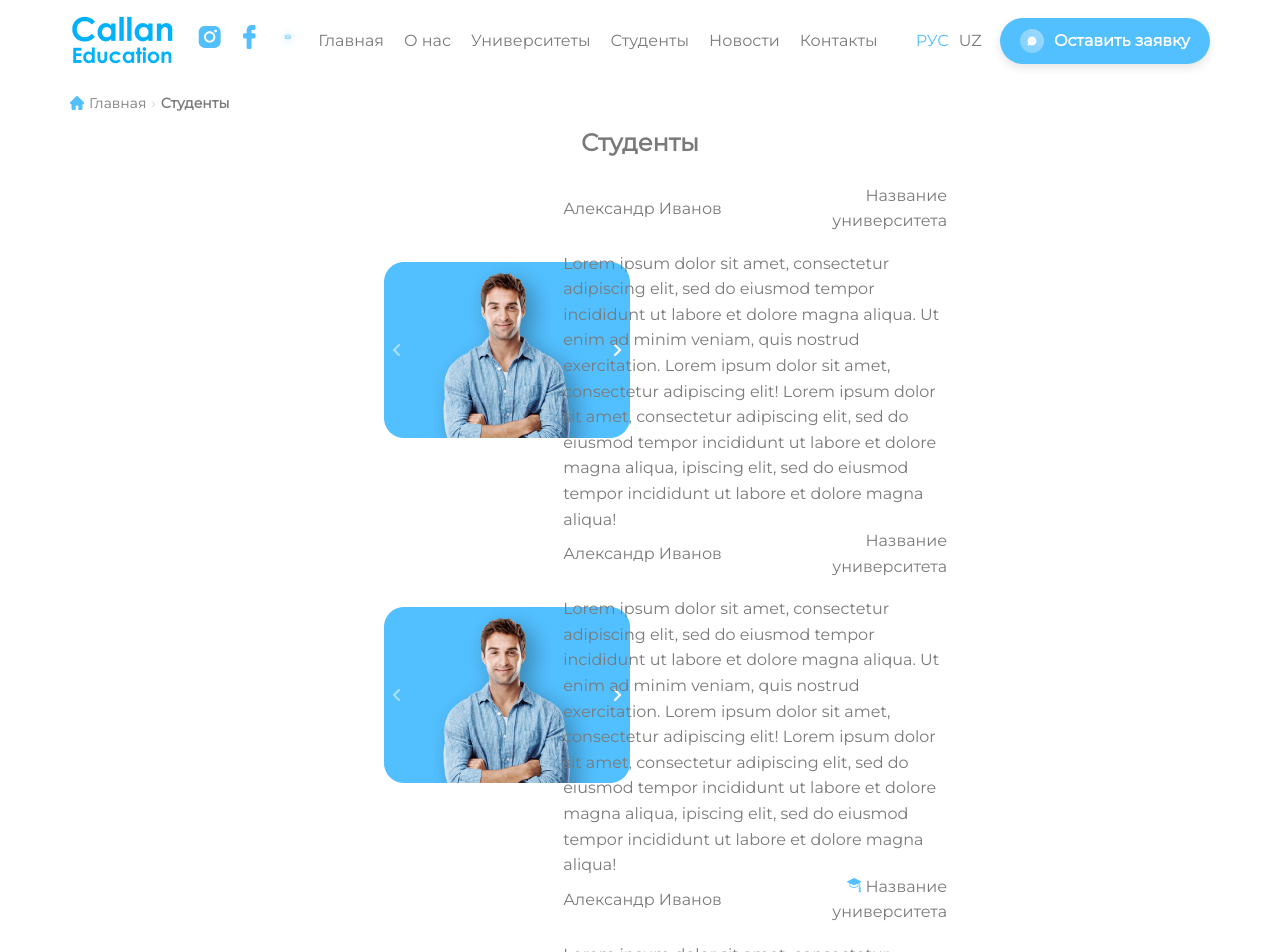
Repository: olyakorzh/Team-project-1
Page: assets/pages/students.html
These files come from the project's save history. The page is drawn as it stood at one moment and after the next save; the edit follows.
The browser window is 1280 px wide. The pictures show the part of the page from y = 0 to 952 px (the page is 2667 px tall before and 2949 px after).
A picture or video elsewhere on the page could not be fetched, so the positions and the page height are approximate.

Above is the page before, as saved 2024-12-08 11:42:26.

### assets/pages/students.html
<!DOCTYPE html>
<html lang="ru">
<head>
    <meta charset="UTF-8">
    <meta name="viewport" content="width=device-width, initial-scale=1.0">
    <title>Студенты</title>
    <link rel="stylesheet" href="/assets/styles/students.css" />
</head>
<body>
  <header class="header">
    <div class="header__container">
      <div class="header__logo">
        <img src="../img/main.img/Logo.png" alt="Callan Education" />
      </div>
      <nav class="header__media">
        <ul class="header__media-list">
          <li class="header__media-item">
            <a href="#" class="header__media-link">
              <img
                src="../img/aboutus.img/header_instagramm.svg"
                alt="Instagram"
                class="header__media-icon"
              />
            </a>
          </li>
          <li class="header__media-item">
            <a href="#" class="header__media-link">
              <img
                src="../img/aboutus.img/header_facebook.svg"
                alt="Facebook"
                class="header__media-icon"
              />
            </a>
          </li>
          <li class="header__media-item">
            <a href="#" class="header__media-link">
              <img
                src="../img/aboutus.img/header_youtube.svg"
                alt="YouTube"
                class="header__media-icon"
              />
            </a>
          </li>
        </ul>
      </nav>
      <nav class="header__nav">
        <ul class="menu">
          <li class="menu__item">
            <a href="main.html" class="menu__link">Главная</a>
          </li>
          <li class="menu__item">
            <a href="aboutus.html" class="menu__link">О нас</a>
          </li>
          <li class="menu__item">
            <a href="uni.html" class="menu__link">Университеты</a>
          </li>
          <li class="menu__item">
            <a href="students.html" class="menu__link">Студенты</a>
          </li>
          <li class="menu__item">
            <a href="news.html" class="menu__link">Новости</a>
          </li>
          <li class="menu__item">
            <a href="cont.html" class="menu__link">Контакты</a>
          </li>
        </ul>
      </nav>
      <div class="header__language">
        <ul class="header__language-list">
          <li class="header__language-item header__language-item--active">
            РУС
          </li>
          <li class="header__language-item">UZ</li>
        </ul>
      </div>

      <div class="header__actions">
        <a href="#" class="header__button">
          <span class="header__button-icon">
            <img
              src="../img/aboutus.img/header_message.svg"
              alt="Chat Icon"
            />
          </span>
          Оставить заявку
        </a>
      </div>
    </div>
  </header>
      <main>
        <section class="navigation-path">
          <div class="navigation-path__container">
            <a href="./main.html" class="navigation-path__link">
              <img
                src="../img/aboutus.img/bread_home.svg"
                alt="Home"
                class="navigation-path__icon"
              />
              Главная
            </a>
            <span class="navigation-path__separator">›</span>
            <span class="navigation-path__current">Студенты</span>
          </div>
        </section>
          <h2>Студенты</h2>
          <div class="basic">
          <div class="containerstudent">
          <div class="block_foto"><img src="../img/students.img/photo.png" alt="Фото студента"></div>
          <div class="block1">Александр Иванов</div>
          <div class="block2">Название университета</div>
          <div class="block3">Lorem ipsum dolor sit amet, consectetur adipiscing elit, sed do eiusmod tempor incididunt ut labore et dolore magna aliqua. Ut enim ad minim veniam, quis nostrud exercitation. Lorem ipsum dolor sit amet, consectetur adipiscing elit! Lorem ipsum dolor sit amet, consectetur adipiscing elit, sed do eiusmod tempor incididunt ut labore et dolore magna aliqua, ipiscing elit, sed do eiusmod tempor incididunt ut labore et dolore magna aliqua!</div>
         </div>
        </div>
        <div class="basic">
          <div class="containerstudent"><div class="block_foto"><img src="../img/students.img/photo.png" alt="Фото студента"></div>
          <div class="block1">Александр Иванов</div>
          <div class="block2">Название университета</div>
          <div class="block3">Lorem ipsum dolor sit amet, consectetur adipiscing elit, sed do eiusmod tempor incididunt ut labore et dolore magna aliqua. Ut enim ad minim veniam, quis nostrud exercitation. Lorem ipsum dolor sit amet, consectetur adipiscing elit! Lorem ipsum dolor sit amet, consectetur adipiscing elit, sed do eiusmod tempor incididunt ut labore et dolore magna aliqua, ipiscing elit, sed do eiusmod tempor incididunt ut labore et dolore magna aliqua!</div>
         </div>
        </div>
        <div class="basic">
          <div class="containerstudent"><div class="block_foto"><img src="../img/students.img/photo.png" alt="Фото студента"></div>
          <div class="block1">Александр Иванов</div>
          <div class="block2"><img src="../img/students.img/uni.png" alt="Шапка студента"> Название университета</div>
          <div class="block3">Lorem ipsum dolor sit amet, consectetur adipiscing elit, sed do eiusmod tempor incididunt ut labore et dolore magna aliqua. Ut enim ad minim veniam, quis nostrud exercitation. Lorem ipsum dolor sit amet, consectetur adipiscing elit! Lorem ipsum dolor sit amet, consectetur adipiscing elit, sed do eiusmod tempor incididunt ut labore et dolore magna aliqua, ipiscing elit, sed do eiusmod tempor incididunt ut labore et dolore magna aliqua!</div>
         </div>
        </div>

        <section class="contact">
          <div class="contact__container">
            <div class="contact__left">
              <img
                src="../img/aboutus.img/contact_girl.svg"
                alt="Девушка"
                class="contact__woman"
              />
              <img
                src="../img/aboutus.img/contact_flag.svg"
                alt="Флаг"
                class="contact__flag"
              />
            </div>
            <div class="contact__right">
              <h2 class="contact__title">Свяжитесь с нами</h2>
              <p class="contact__subtitle">
                Оставьте свои данные и наш специалист обязательно свяжется с Вами в
                течение дня
              </p>

              <form class="contact__form">
                <div class="contact__field">
                  <input
                    type="text"
                    class="contact__input"
                    placeholder="Ваше имя"
                  />
                  <img
                    src="../img/aboutus.img/contact_edit_people.svg"
                    alt="Иконка пользователя"
                    class="contact__icon"
                  />
                </div>
                <div class="contact__field">
                  <input
                    type="tel"
                    class="contact__input"
                    placeholder="Номер телефона"
                  />
                  <img
                    src="../img/aboutus.img/contact_edit_phone.svg"
                    alt="Иконка телефона"
                    class="contact__icon"
                  />
                </div>
                <div class="contact__field">
                  <textarea
                    class="contact__textarea"
                    placeholder="Дополнительные комментарии"
                  ></textarea>
                  <img
                    src="../img/aboutus.img/contact_edit_message.svg"
                    alt="Иконка комментария"
                    class="contact__icon"
                  />
                </div>
                <button class="contact__button">
                  <img
                    src="../img/aboutus.img/contact_telegramm_icon.svg"
                    alt="Иконка отправления"
                  />
                  Отправить
                </button>
              </form>
            </div>
            <img
              src="../img/service.img/pencil.png"
              alt="Карандаш"
              class="contact__pencil"
            />
          </div>
        </section>

        <section class="questions">
          <div class="questions__container">
            <!-- Заголовки -->
            <div class="questions__header">
              <h2 class="questions__title">Остались вопросы?</h2>
              <p class="questions__subtitle">
                Свяжитесь с нами и мы ответим на все ваши вопросы
              </p>
            </div>

            <div class="questions__content">
              <!-- Форма -->
              <div class="questions__form">
                <ul class="questions__info">
                  <li class="questions__item">
                    <img
                      src="../img/service.img/call.png"
                      alt="Иконка"
                      class="questions__icon"
                    />
                    <div class="questions__text">
                      <strong>Телефоны</strong>
                      <p>+998 (99) 878-63-99<br />+998 (99) 878-63-99</p>
                    </div>
                  </li>
                  <li class="questions__item">
                    <img
                      src="../img/service.img/location.png"
                      alt="Иконка"
                      class="questions__icon"
                    />
                    <div class="questions__text">
                      <strong>Адрес</strong>
                      <p>г. Город, ул. Улица, 24 (Офис 24)</p>
                    </div>
                  </li>
                  <li class="questions__item">
                    <img
                      src="../img/service.img/time.png"
                      alt="Иконка"
                      class="questions__icon"
                    />
                    <div class="questions__text">
                      <strong>Время работы</strong>
                      <p>Пн–Пт: 9:00 – 18:00</p>
                    </div>
                  </li>
                </ul>

                <button class="questions__button">
                  <img
                    src="../img/aboutus.img/quest_button_clock.svg"
                    alt="Связаться"
                  />
                  Связаться с нами
                </button>
              </div>
            </div>

            <img
              src="../img/service.img/tree.png"
              alt="Дерево"
              class="questions__tree"
            />
            <img
              src="../img/service.img/bus.png"
              alt="Автобус"
              class="questions__bus"
            />
          </div>
        </section>

        <footer class="footer">
          <div class="footer__container">
            <!-- Первый этаж -->
            <div class="footer__icon">
              <img src="../img/service.img/callan.png" alt="Callan Education" />
            </div>
            <nav class="footer__nav">
              <ul class="footer__menu">
                <li class="footer__menu-item"><a href="main.html">Главная</a></li>
                <li class="footer__menu-item"><a href="aboutus.html">О нас</a></li>
                <li class="footer__menu-item">
                  <a href="services.html">Услуги</a>
                </li>
                <li class="footer__menu-item">
                  <a href="uni.html">Университеты</a>
                </li>
                <li class="footer__menu-item">
                  <a href="students.html">Студенты</a>
                </li>
                <li class="footer__menu-item"><a href="news.html">Новости</a></li>
                <li class="footer__menu-item">
                  <a href="contact.html">Контакты</a>
                </li>
              </ul>
            </nav>
            <div class="footer__social">
              <a href="#" class="footer__social-link">
                <img src="../img/service.img/inst.png" alt="Instagram" />
              </a>
              <a href="#" class="footer__social-link">
                <img src="../img/service.img/fb.png" alt="Facebook" />
              </a>
              <a href="#" class="footer__social-link">
                <img src="../img/service.img/TG.png" alt="Telegram" />
              </a>
            </div>

            <div class="footer__icon">
              <img src="../img/service.img/world.png" alt="WorldWide Education" />
            </div>
            <div class="footer__contacts">
              <div class="footer__contact-item">
                <img
                  src="../img/service.img/call.png"
                  alt="Телефон"
                  class="footer__icon"
                />
                +998 (99) 878-63-99 +998 (99) 878-63-99
              </div>
              <div class="footer__contact-item">
                <img
                  src="../img/service.img/time.png"
                  alt="Часы работы"
                  class="footer__icon"
                />
                Пн–Пт: 9:00 – 18:00
              </div>
              <div class="footer__contact-item">
                <img
                  src="../img/service.img/location.png"
                  alt="Адрес"
                  class="footer__icon"
                />
                <span>
                  <span class="footer__city">г. Город</span>
                  <span class="footer__address">ул. Улица, 24 (Офис 24)</span>
                </span>
              </div>
            </div>
          </div>
        </footer>
        </main>


</body>
</html>

Loaded but not shown: assets/styles/students.css (798 lines, source omitted)

After the next save:
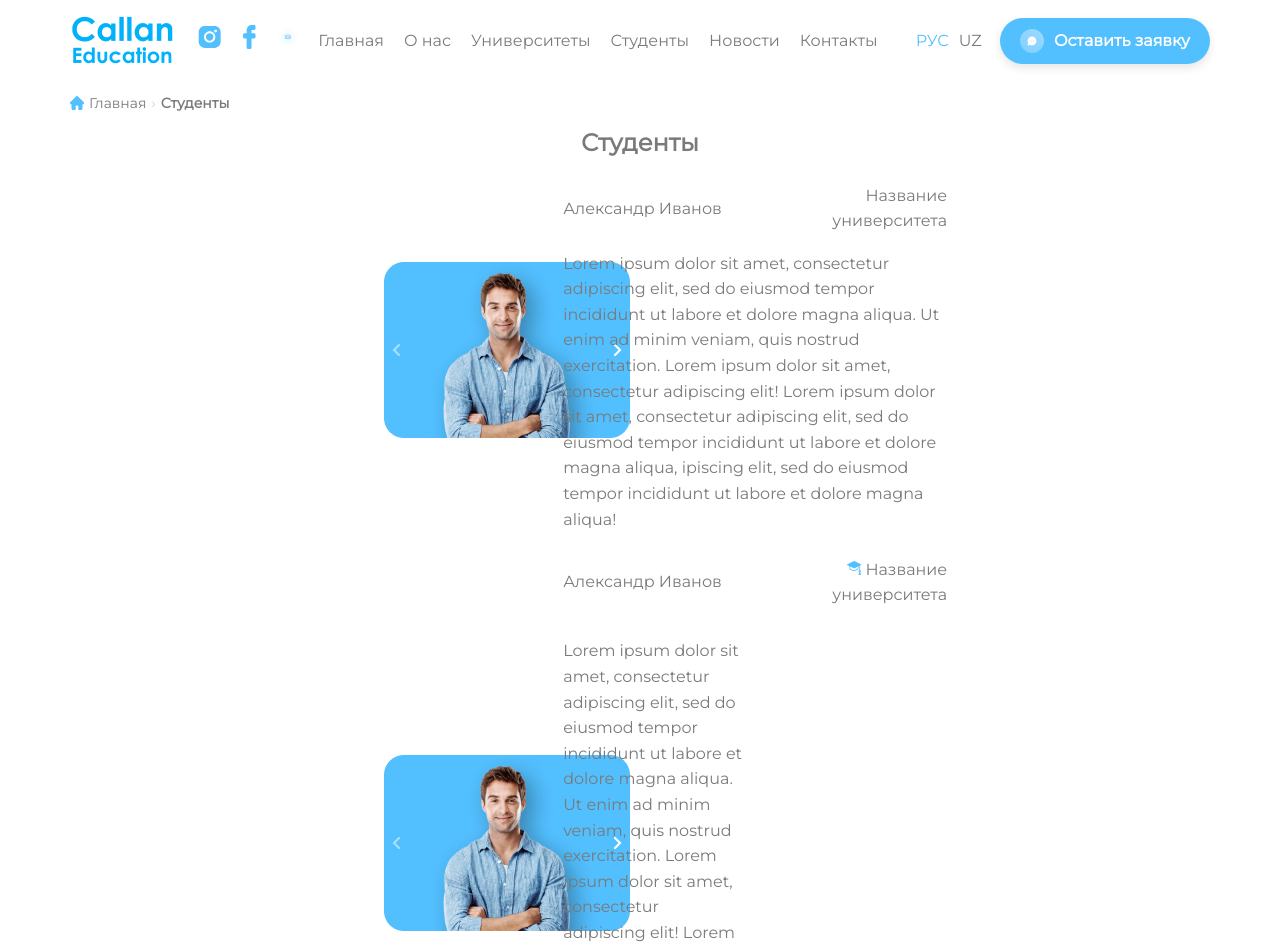
Saved 17 s later.
--- a/assets/pages/students.html
+++ b/assets/pages/students.html
@@ -114,7 +114,7 @@
         <div class="basic">
           <div class="containerstudent"><div class="block_foto"><img src="../img/students.img/photo.png" alt="Фото студента"></div>
           <div class="block1">Александр Иванов</div>
-          <div class="block2">Название университета</div>
+          <div class="block2"><img src="../img/students.img/uni.png" alt="Шапка студента"> Название университета</div
           <div class="block3">Lorem ipsum dolor sit amet, consectetur adipiscing elit, sed do eiusmod tempor incididunt ut labore et dolore magna aliqua. Ut enim ad minim veniam, quis nostrud exercitation. Lorem ipsum dolor sit amet, consectetur adipiscing elit! Lorem ipsum dolor sit amet, consectetur adipiscing elit, sed do eiusmod tempor incididunt ut labore et dolore magna aliqua, ipiscing elit, sed do eiusmod tempor incididunt ut labore et dolore magna aliqua!</div>
          </div>
         </div>
